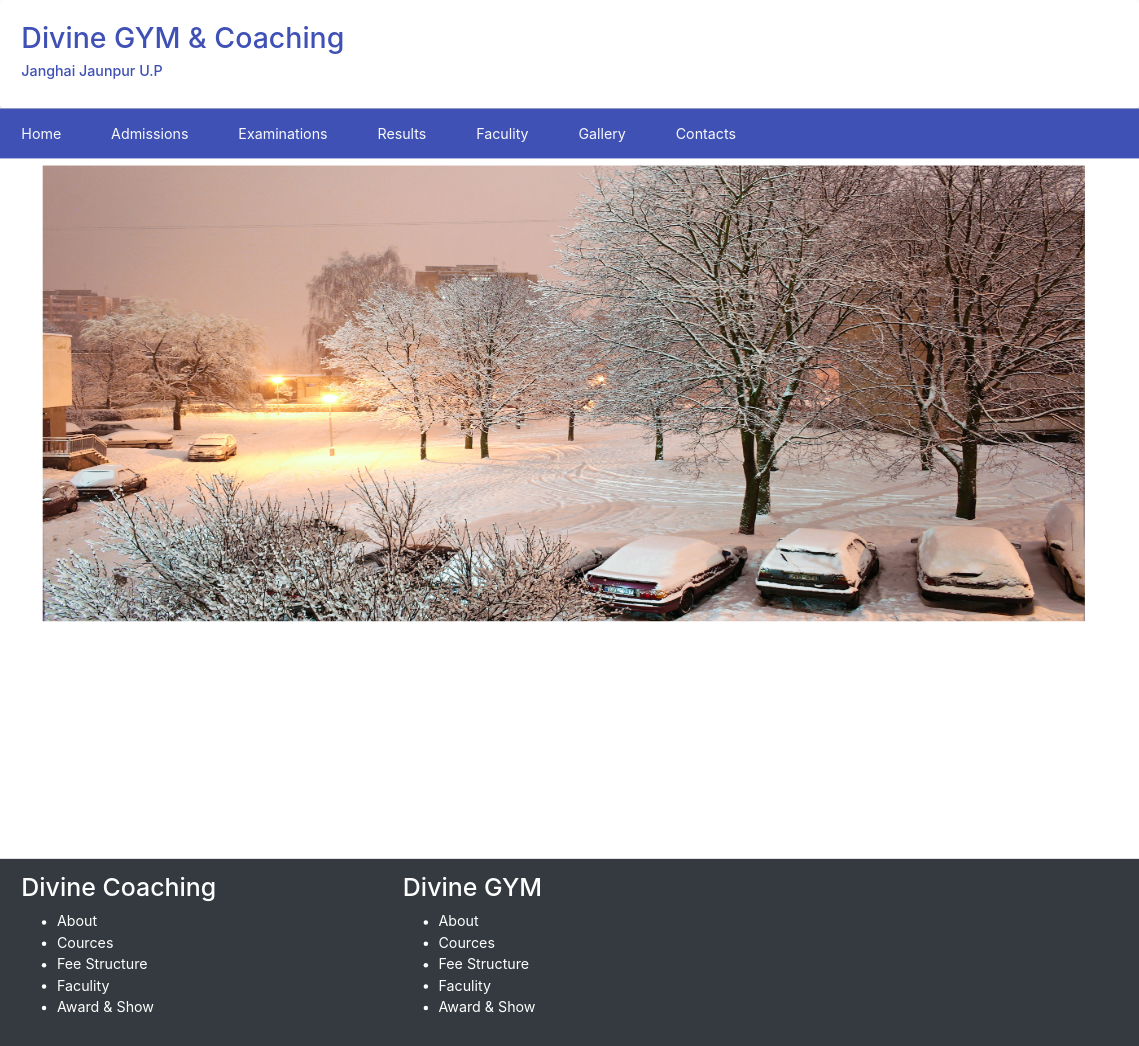
Repository: lalji-yadav/vikash-Coaching-frontend
Page: /gallery
These files come from the project's save history. The page is drawn as it stood at one moment and after the next save; the edit follows.
The browser window is 1280 px wide. The pictures show the whole page, at 89% of full size.
The project was rebuilt for these pictures with package versions that can differ from the ones it lists, and the page was loaded fresh each time. Also part of the build but not shown: src/index.css, src/home/home.js, src/component/admission/admission.js, src/component/examination/examination.js, src/component/results/result.js, src/component/faculity/faculity.js.

Above is the page before, as saved 2021-04-11 12:49:04.

### public/index.html
<!DOCTYPE html>
<html lang="en">
  <head>
    <meta charset="utf-8" />
    <link rel="icon" href="%PUBLIC_URL%/favicon.ico" />
    <meta name="viewport" content="width=device-width, initial-scale=1" />
    <meta name="theme-color" content="#000000" />
    <meta
      name="description"
      content="Web site created using create-react-app"
    />


    <link rel="preconnect" href="https://fonts.gstatic.com">
    <link href="https://fonts.googleapis.com/css2?family=Open+Sans:wght@400;700&display=swap" rel="stylesheet">

    <link rel="apple-touch-icon" href="%PUBLIC_URL%/logo192.png" />
    <!--
      manifest.json provides metadata used when your web app is installed on a
      user's mobile device or desktop. See https://developers.google.com/web/fundamentals/web-app-manifest/
    -->
    <link rel="manifest" href="%PUBLIC_URL%/manifest.json" />


    <link rel="preconnect" href="https://fonts.gstatic.com">
<link href="https://fonts.googleapis.com/css2?family=Open+Sans&display=swap" rel="stylesheet">
    <!--
      Notice the use of %PUBLIC_URL% in the tags above.
      It will be replaced with the URL of the `public` folder during the build.
      Only files inside the `public` folder can be referenced from the HTML.

      Unlike "/favicon.ico" or "favicon.ico", "%PUBLIC_URL%/favicon.ico" will
      work correctly both with client-side routing and a non-root public URL.
      Learn how to configure a non-root public URL by running `npm run build`.
    -->
    <title>React App</title>
  </head>
  <body>
    <noscript>You need to enable JavaScript to run this app.</noscript>
    <div id="root"></div>
    <!--
      This HTML file is a template.
      If you open it directly in the browser, you will see an empty page.

      You can add webfonts, meta tags, or analytics to this file.
      The build step will place the bundled scripts into the <body> tag.

      To begin the development, run `npm start` or `yarn start`.
      To create a production bundle, use `npm run build` or `yarn build`.
    -->
  </body>
</html>

### src/App.js
import React from 'react';
import Header from "../src/header/header"
import { BrowserRouter } from 'react-router-dom';
import Footer from '../src/footer/footer'


function App() {
  return (
    <div style={{overflowX:"hidden"}}>

      <BrowserRouter>
          <Header />
      </BrowserRouter>


      {/* <Routers /> */}


      <Footer />

    </div>
  );
}

export default App;

### src/header/header.js
import React, { Component } from 'react';
import   "./headers.css"
import {Navbar, Nav } from 'react-bootstrap';
import { Card } from '@material-ui/core';
import { Link } from "react-router-dom";
import Routers from "../router/router"

class header extends Component {
    render() {
        return (
            <div>
                <Card className="py-4 pl-4">
                    <h2 style={{color:"#3f51b5"}}>Divine GYM & Coaching </h2>
                    <h6 style={{color:"#3f51b5"}}>Janghai Jaunpur U.P</h6>
                </Card>

                <Navbar style={{backgroundColor:"#3f51b5"}} variant="light" expand="lg">
                    <Navbar.Toggle aria-controls="basic-navbar-nav" />
                    <Navbar.Collapse id="basic-navbar-nav">
                    <Nav className="text-light">
                        <Nav.Link className="text-light pr-5" as={Link} to="/home">Home</Nav.Link>
                        <Nav.Link className="text-light pr-5" as={Link} to="/admission">Admissions</Nav.Link>
                        <Nav.Link className="text-light pr-5" as={Link} to="/examination">Examinations</Nav.Link>
                        <Nav.Link className="text-light pr-5" as={Link} to="/results">Results</Nav.Link>
                        <Nav.Link className="text-light pr-5" as={Link} to="/faculity">Faculity</Nav.Link>
                        <Nav.Link className="text-light pr-5" as={Link} to="/gallery">Gallery</Nav.Link>
                        <Nav.Link className="text-light pr-5" as={Link} to="/service">Contacts</Nav.Link>

                    </Nav>
                    </Navbar.Collapse>
                </Navbar>

                <Routers> </Routers>

            </div>
        );
    }
}

export default header;

### src/footer/footer.js
import React, { Component } from 'react';
// import { Card } from 'react-bootstrap';

class footer extends Component {
    render() {
        return (
              <div className="row bg-dark text-white mt-5 py-3 pl-4">

                  <div className="col-sm-4">
                  <h3> Divine Coaching </h3>
                  <ul>
                         <li> About </li>
                         <li> Cources </li>
                         <li> Fee Structure </li>
                         <li> Faculity </li>
                         <li> Award & Show </li>
                     </ul>
                  </div>

                  <div className="col-sm-4">
                  <h3> Divine GYM </h3>
                  <ul>
                         <li> About </li>
                         <li> Cources </li>
                         <li> Fee Structure </li>
                         <li> Faculity </li>
                         <li> Award & Show </li>
                     </ul>
                  </div>
              </div>
        );
    }
}

export default footer;

### src/header/headers.css
.header {
    color: black;
    font-size: 2vw;
    padding: 25px 10px 25px 10px;
    background-color: rgb(150, 153, 150);
}
.nav.navbar-nav.navbar-right li a {
    color: blue;
}
.nav-link {
    color: white;
  }
#nav-link {
   color: white;
}
a:hover {
    color: wheat;
}
@media (min-width: 992px) {
.navbar-expand-lg .navbar-nav .nav-link {
    padding-right: 5.5rem;
    padding-left: 5.5rem;
}
}

### src/router/router.js
import React, { Component } from 'react';
import {
    Switch,
    Route
  } from "react-router-dom";
  import Home from '../home/home'
  import Admission from "../component/admission/admission"
  import Examination from "../component/examination/examination"
  import Result from "../component/results/result"
  import Faculity from "../component/faculity/faculity"
import Gallery from '../component/gallery/gallery';

class router extends Component {
    render() {
        return (
            <div>
                   <Switch>
                    <Route exact path="/" component={Home} />
                    <Route exact path="/home" component={Home} />
                    <Route exact path="/admission" component={Admission} />
                    <Route exact path="/examination" component={Examination} />
                    <Route exact path="/results" component={Result} />
                    <Route exact path="/faculity" component={Faculity} />
                    <Route exact path="/gallery" component={Gallery} />
                    </Switch>

            </div>
        );
    }
}

export default router;

### src/component/gallery/gallery.js
// import { Height } from '@material-ui/icons';
import React, { Component } from 'react';

class gallery extends Component {
    render() {
        return (
            <div>
                <div className="row">
                    <div className="col-sm-11 ml-5 mt-2">
                        <img style={{width:"100%", height:"70%"}}
                         src={process.env.PUBLIC_URL + '/image/gallery/Admin/0 (22) - Copy.jpg'} alt="" />
                    </div>
                    <div className="col-md-5">

                    </div>

                </div>
            </div>
        );
    }
}

export default gallery;

Loaded but not shown: src/index.js (common file); src/serviceWorker.js (common file)

After the next save:
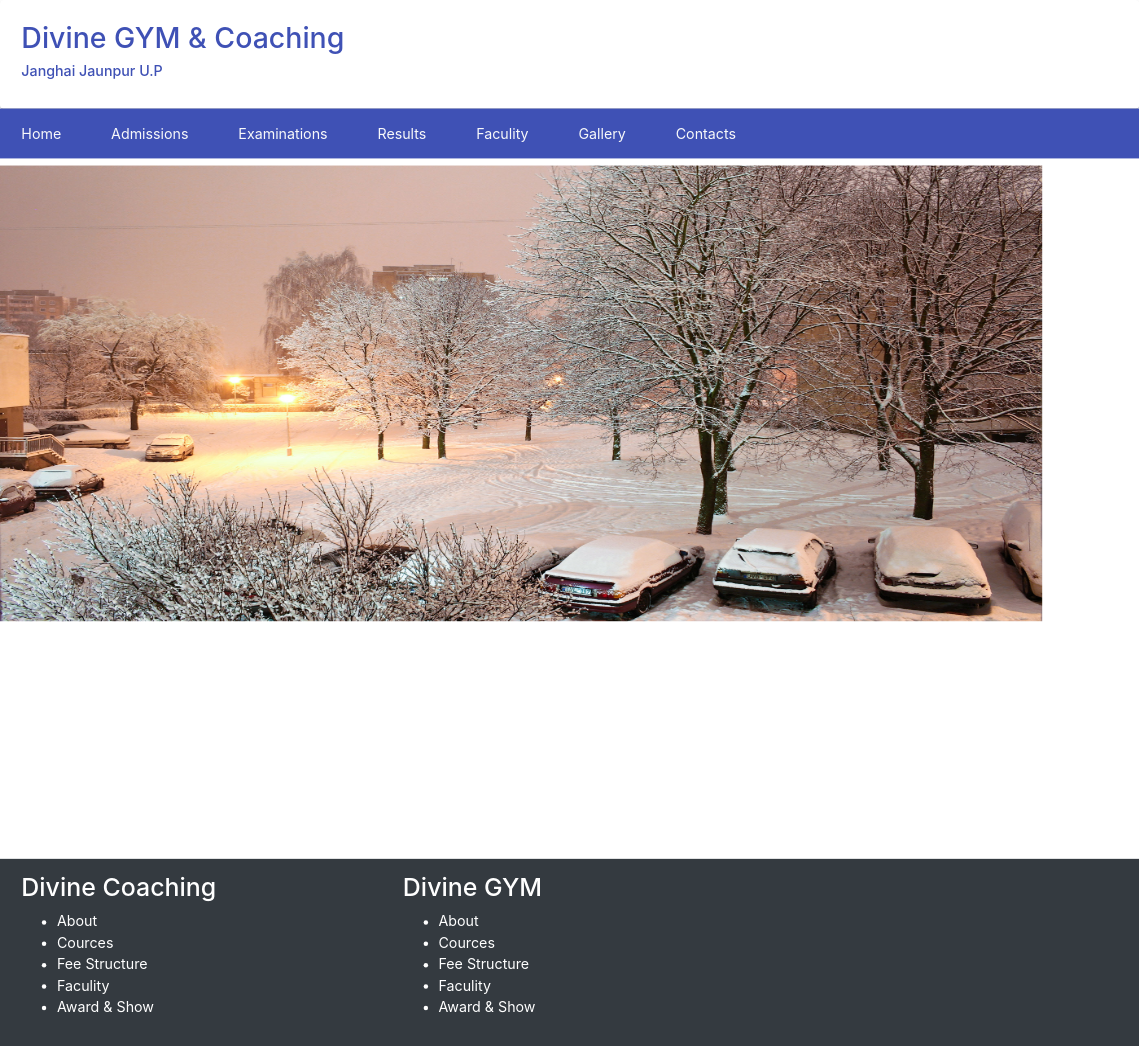
Saved 7 s later.
--- a/src/component/gallery/gallery.js
+++ b/src/component/gallery/gallery.js
@@ -6,7 +6,7 @@
         return (
             <div>
                 <div className="row">
-                    <div className="col-sm-11 ml-5 mt-2">
+                    <div className="col-sm-11 ml-6 mt-2">
                         <img style={{width:"100%", height:"70%"}}
                          src={process.env.PUBLIC_URL + '/image/gallery/Admin/0 (22) - Copy.jpg'} alt="" />
                     </div>

After the save that followed:
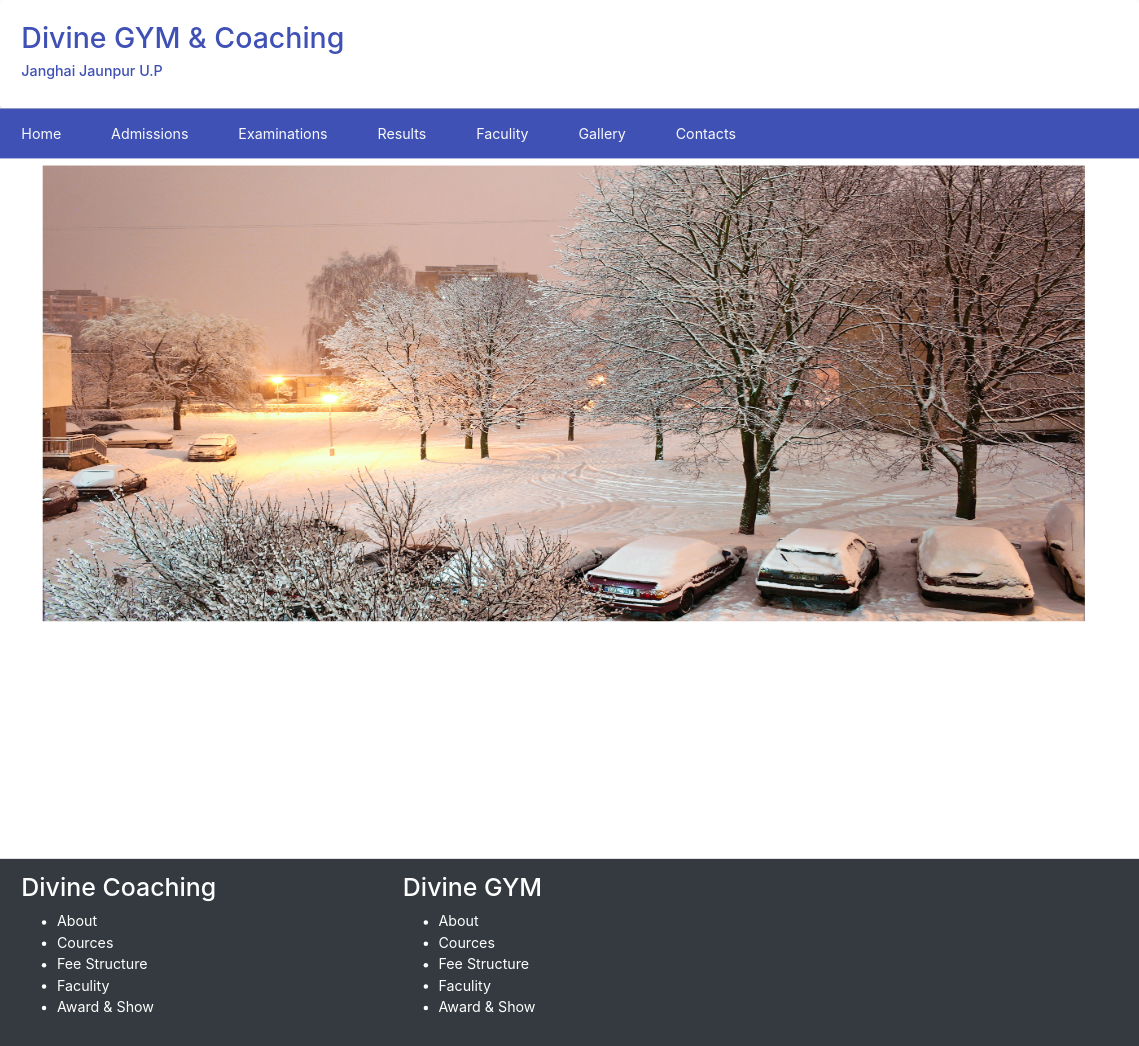
Saved 8 s later.
--- a/src/component/gallery/gallery.js
+++ b/src/component/gallery/gallery.js
@@ -6,7 +6,7 @@
         return (
             <div>
                 <div className="row">
-                    <div className="col-sm-11 ml-6 mt-2">
+                    <div className="col-sm-11 ml-5 mt-2">
                         <img style={{width:"100%", height:"70%"}}
                          src={process.env.PUBLIC_URL + '/image/gallery/Admin/0 (22) - Copy.jpg'} alt="" />
                     </div>
